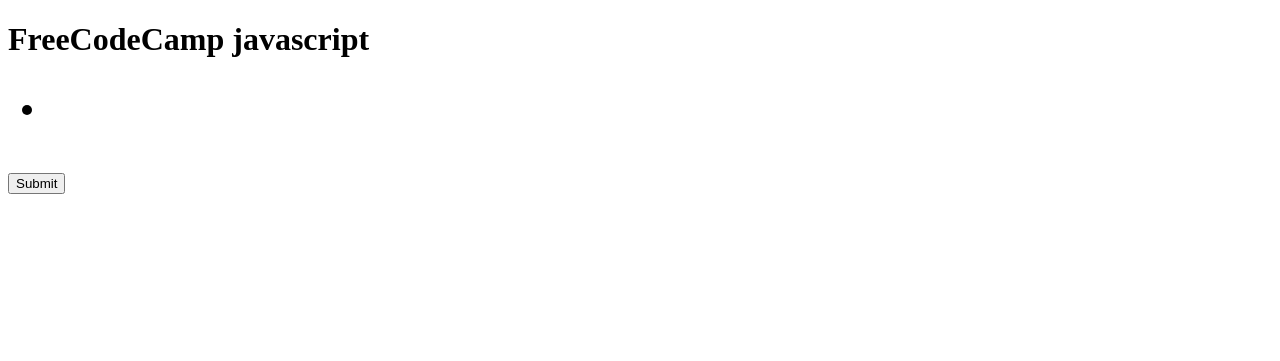
Repository: cuongcay/Clone_YB
Page: FreeCodeCamp.html
These files come from the project's save history. The page is drawn as it stood at one moment and after the next save; the edit follows.
The browser window is 1280 px wide. The pictures show the whole page.

Above is the page before, as saved 2022-08-02 16:07:47.

### FreeCodeCamp.html
<!DOCTYPE html>
<html lang="en">
<head>
    <meta charset="UTF-8">
    <meta http-equiv="X-UA-Compatible" content="IE=edge">
    <meta name="viewport" content="width=device-width, initial-scale=1.0">
    <title>FreeCodeCamp</title>
</head>
<body>
    <h1>
        FreeCodeCamp javascript
        <div >
            <ul>
                <li></li>
            </ul>
            <input type="submit" id="submit" value="Submit" onclick="submit()">

        </div>
    </h1>

    <script type="text/javascript" src="./FreeCodeCamp.js"></script>
</body>
</html>

### FreeCodeCamp.js
function submit(){
    const input = document.getElementById("input");
    const inputt =input.value;
    const hello = document.getElementById("hello");

    const submit = document.getElementById("submit");

    const mod = inputt%2;

    switch(mod){
        case 1:
            hello.innerHTML = `${inputt} la so le`;
            break;
        case 0:
            hello.innerHTML = `${inputt} la so chan`;
            break;
    }
}

const object= {
    name: "cuong",
    age: 21,
    gender: "male",
    university: "IUH"
}

After the next save:
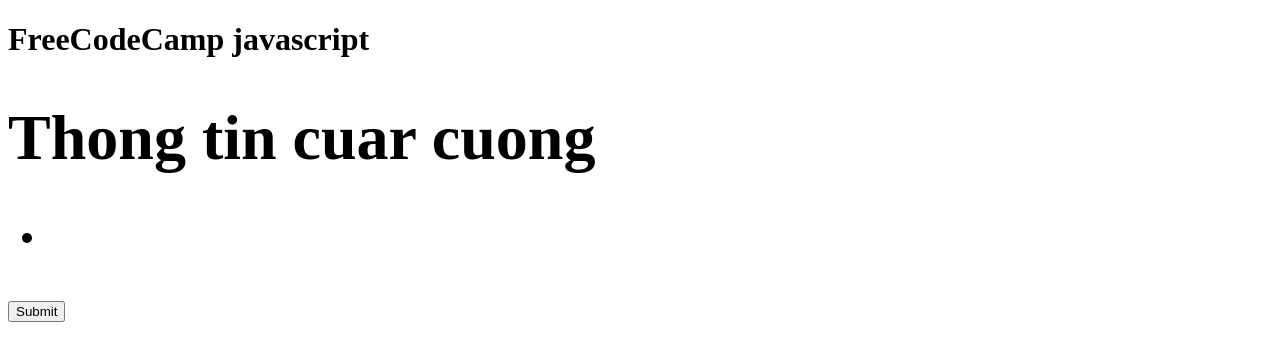
Saved 8 s later.
--- a/FreeCodeCamp.html
+++ b/FreeCodeCamp.html
@@ -10,6 +10,7 @@
     <h1>
         FreeCodeCamp javascript
         <div >
+            <h1>Thong tin cuar cuong</h1>
             <ul>
                 <li></li>
             </ul>
